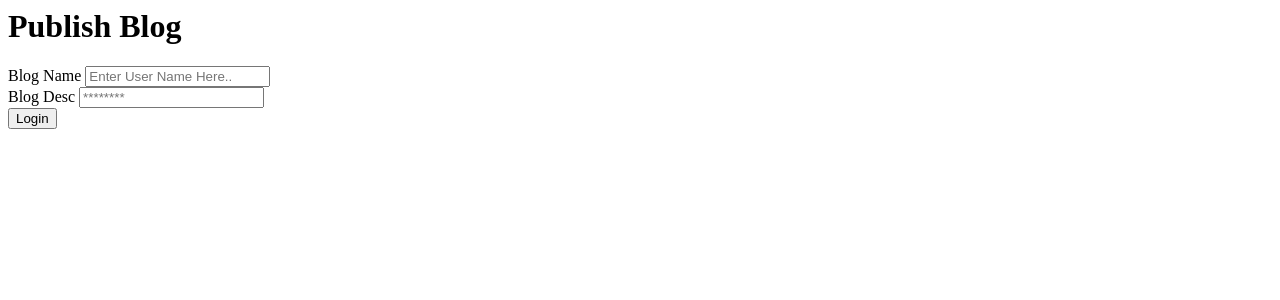
Repository: SmithaMendonca/Project-2
Page: EduCollaborationFrontend/WebContent/c_blog/Blog.html
An editor plug-in stored every save of this project. The page is shown before and after the next save, followed by the edit.
The browser window is 1280 px wide. The pictures show the whole page.

Above is the page before, as saved 2019-07-16 05:19:11.

### EduCollaborationFrontend/WebContent/c_blog/Blog.html
<div ng-controller="BlogController">

<div class="container">
    <h1 class="well">Publish Blog</h1>
	<div class="col-lg-12 well">
	<div class="row">

	  <div class="col-sm-12">
	     <div class="row">
	        <div class="col-sm-6 form-group">
				<label>Blog Name</label>
					<input type="text" name="userName" ng-model="userDetail1.username" placeholder="Enter User Name Here.." class="form-control">
				</div>
			  </div>

			   <div class="row">
					  <div class="col-sm-6 form-group">
						<label>Blog Desc</label>
						<input type="password"  class="form-control" name="password" ng-model="userDetail1.password" placeholder="********" id="pass">
					  </div>
					 </div>

				<button type="submit" class="btn btn-lg btn-info" ng-click="addBlog()" value="Login">Login</button>
			</div>

	  </div>
	</div>
</div>
</div>

After the next save:
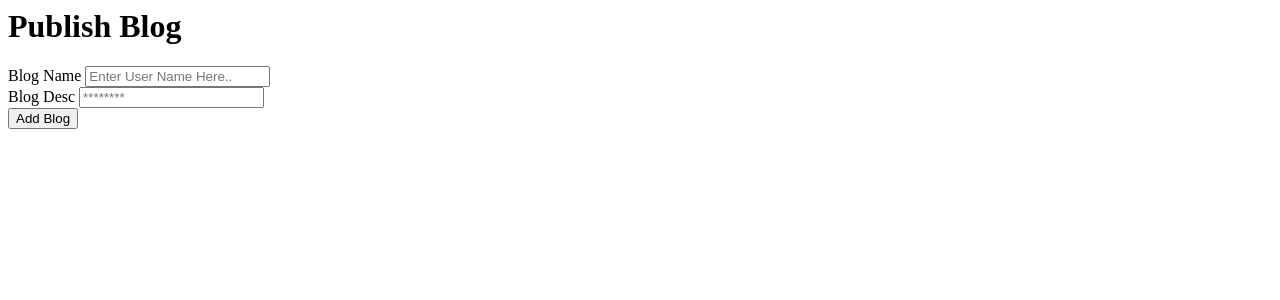
Saved 60 s later.
--- a/EduCollaborationFrontend/WebContent/c_blog/Blog.html
+++ b/EduCollaborationFrontend/WebContent/c_blog/Blog.html
@@ -9,18 +9,18 @@
 	     <div class="row">
 	        <div class="col-sm-6 form-group">
 				<label>Blog Name</label>
-					<input type="text" name="userName" ng-model="userDetail1.username" placeholder="Enter User Name Here.." class="form-control">
+					<input type="text" name="userName" ng-model="" placeholder="Enter User Name Here.." class="form-control">
 				</div>
 			  </div>
 
 			   <div class="row">
 					  <div class="col-sm-6 form-group">
 						<label>Blog Desc</label>
-						<input type="password"  class="form-control" name="password" ng-model="userDetail1.password" placeholder="********" id="pass">
+						<input type="password"  class="form-control" name="password" ng-model="" placeholder="********" id="pass">
 					  </div>
 					 </div>
 
-				<button type="submit" class="btn btn-lg btn-info" ng-click="addBlog()" value="Login">Login</button>
+				<button type="submit" class="btn btn-lg btn-info" ng-click="addBlog()" value="Publish Blog">Add Blog</button>
 			</div>
 
 	  </div>
